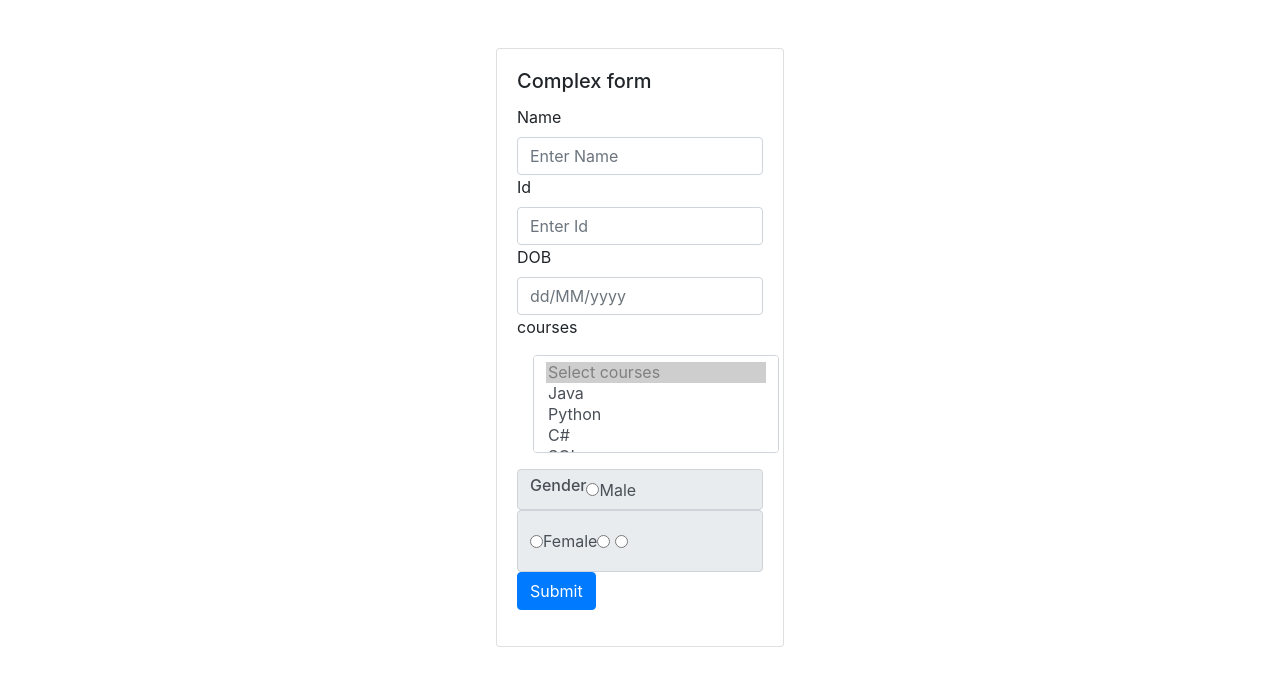
Repository: parvaizsajad/SpringFrameWork
Page: http://localhost/com.springMvc.search/complex
These files come from the project's save history. The page is drawn as it stood at one moment and after the next save; the edit follows.
The browser window is 1280 px wide. The pictures show the whole page.
Some web libraries are served in a nearby version. The page is served by Tomcat 9. Other server files are loaded and not shown.

Above is the page before, as saved 2021-09-10 11:17:42.

### com.springMvc.search/src/main/webapp/WEB-INF/spring-servlet.xml
<?xml version="1.0" encoding="UTF-8"?>


<!-- 2nd step step create the configuration file. -->

<beans xmlns="http://www.springframework.org/schema/beans"
	xmlns:xsi="http://www.w3.org/2001/XMLSchema-instance" xmlns:context="http://www.springframework.org/schema/context"
	xmlns:p="http://www.springframework.org/schema/p"
	xmlns:tx="http://www.springframework.org/schema/tx"
	xsi:schemaLocation="http://www.springframework.org/schema/beans
    http://www.springframework.org/schema/beans/spring-beans.xsd
    http://www.springframework.org/schema/context
    http://www.springframework.org/schema/context/spring-context.xsd
     http://www.springframework.org/schema/tx
    http://www.springframework.org/schema/tx/spring-tx.xsd
    ">
 <!--This is our bean or the metadata for our class  -->

 <context:component-scan base-package="com.springMvc.search"></context:component-scan>

<!--  view Resolver -->
   <bean class="org.springframework.web.servlet.view.InternalResourceViewResolver" name="viewResolver">
   <property name="prefix" value="/WEB-INF/views/"></property>
   <property name="suffix" value=".jsp"></property>
   </bean>




 </beans>

### com.springMvc.search/src/main/webapp/WEB-INF/views/complex.jsp
<%@ page language="java" contentType="text/html; charset=ISO-8859-1"
    pageEncoding="ISO-8859-1"%>
<!doctype html>
<html lang="en">
  <head>
    <!-- Required meta tags -->
    <meta charset="utf-8">
    <meta name="viewport" content="width=device-width, initial-scale=1, shrink-to-fit=no">

    <!-- Bootstrap CSS -->
    <link rel="stylesheet" href="https://maxcdn.bootstrapcdn.com/bootstrap/4.0.0/css/bootstrap.min.css" integrity="sha384-Gn5384xqQ1aoWXA+058RXPxPg6fy4IWvTNh0E263XmFcJlSAwiGgFAW/dAiS6JXm" crossorigin="anonymous">


   <div class="card mx-auto m-5" style="width: 18rem;">

  <div class="card-body">
    <h5 class="card-title">Complex form</h5>
     <form>
   <h3 class="text-center"></h3>

    <div class="form-group">
    <label for="name">Name</label>
    <input type="text" class="form-control" id="name" aria-describedby="emailHelp" name="name" placeholder="Enter Name">

     <label for="id">Id</label>
    <input type="number" class="form-control" id="id" aria-describedby="emailHelp" name="id"  placeholder="Enter Id">


      <label for="dob">DOB</label>
    <input type="text" class="form-control" id="dob" aria-describedby="emailHelp" name="dob"  placeholder="dd/MM/yyyy">

    <h7> courses</h1>
    <select class="custom-select m-3"  multiple="multiple">
  <option selected disabled="disabled">Select courses</option>
  <option value="1">Java</option>
  <option value="2">Python</option>
  <option value="3">C#</option>
  <option value="4">SQL</option>
</select>



    <div class="input-group-text">
    <h6>Gender</h6>
    <input type="radio" name="gender" value="Male" id="male1">Male
    </div>
    <div class="input-group-text">
    <input  type="radio"  name="gender" value="Female" id="male1">Female

    <input type="radio" name="fav_language" value="HTML"><br>
  <input type="radio" name="fav_language" value="CSS"><br>
    </div>




      <button type="submit" class="btn btn-primary">Submit</button>
</form>


  </div>
  </div>
</div>



    <!-- Optional JavaScript -->
    <!-- jQuery first, then Popper.js, then Bootstrap JS -->
    <script src="https://code.jquery.com/jquery-3.2.1.slim.min.js" integrity="sha384-KJ3o2DKtIkvYIK3UENzmM7KCkRr/rE9/Qpg6aAZGJwFDMVNA/GpGFF93hXpG5KkN" crossorigin="anonymous"></script>
    <script src="https://cdnjs.cloudflare.com/ajax/libs/popper.js/1.12.9/umd/popper.min.js" integrity="sha384-ApNbgh9B+Y1QKtv3Rn7W3mgPxhU9K/ScQsAP7hUibX39j7fakFPskvXusvfa0b4Q" crossorigin="anonymous"></script>
    <script src="https://maxcdn.bootstrapcdn.com/bootstrap/4.0.0/js/bootstrap.min.js" integrity="sha384-JZR6Spejh4U02d8jOt6vLEHfe/JQGiRRSQQxSfFWpi1MquVdAyjUar5+76PVCmYl" crossorigin="anonymous"></script>
  </body>
</html>

### com.springMvc.search/src/main/java/com/springMvc/search/Generilizedexceptionhandler.java
package com.springMvc.search;

import org.springframework.http.HttpStatus;
import org.springframework.stereotype.Controller;
import org.springframework.web.bind.annotation.ControllerAdvice;
import org.springframework.web.bind.annotation.ExceptionHandler;
import org.springframework.web.bind.annotation.ResponseStatus;

@ControllerAdvice
public class Generilizedexceptionhandler {
	@ResponseStatus(value = HttpStatus.INTERNAL_SERVER_ERROR)
	@ExceptionHandler({NullPointerException.class,NumberFormatException.class})
	public String errorHandler() {

		return "nullException";
	}
}

### com.springMvc.search/src/main/java/com/springMvc/search/SearchController.java
package com.springMvc.search;

import org.springframework.stereotype.Controller;
import org.springframework.web.bind.annotation.RequestMapping;
import org.springframework.web.bind.annotation.RequestParam;
import org.springframework.web.servlet.view.RedirectView;
@Controller
public class SearchController {
	@RequestMapping("/home")
	public String home() {

		System.out.println("going to home view");
		return("home");
	}
@RequestMapping("/search")
	public RedirectView search(@RequestParam("search") String sear) {
		String querry="https://www.google.com/search?q="+sear;
		RedirectView rd=new RedirectView();
		if(sear.isBlank()) {
		 rd.setUrl("home");
		 return rd;
		}


		rd.setUrl(querry);
		return rd;
	}
}

### com.springMvc.search/src/main/java/com/springMvc/search/complex.java
package com.springMvc.search;

import org.springframework.stereotype.Controller;
import org.springframework.web.bind.annotation.RequestMapping;

@Controller
public class complex {

	@RequestMapping("/complex")
	public String complexform() {

		return"/complex";
	}
}

After the next save:
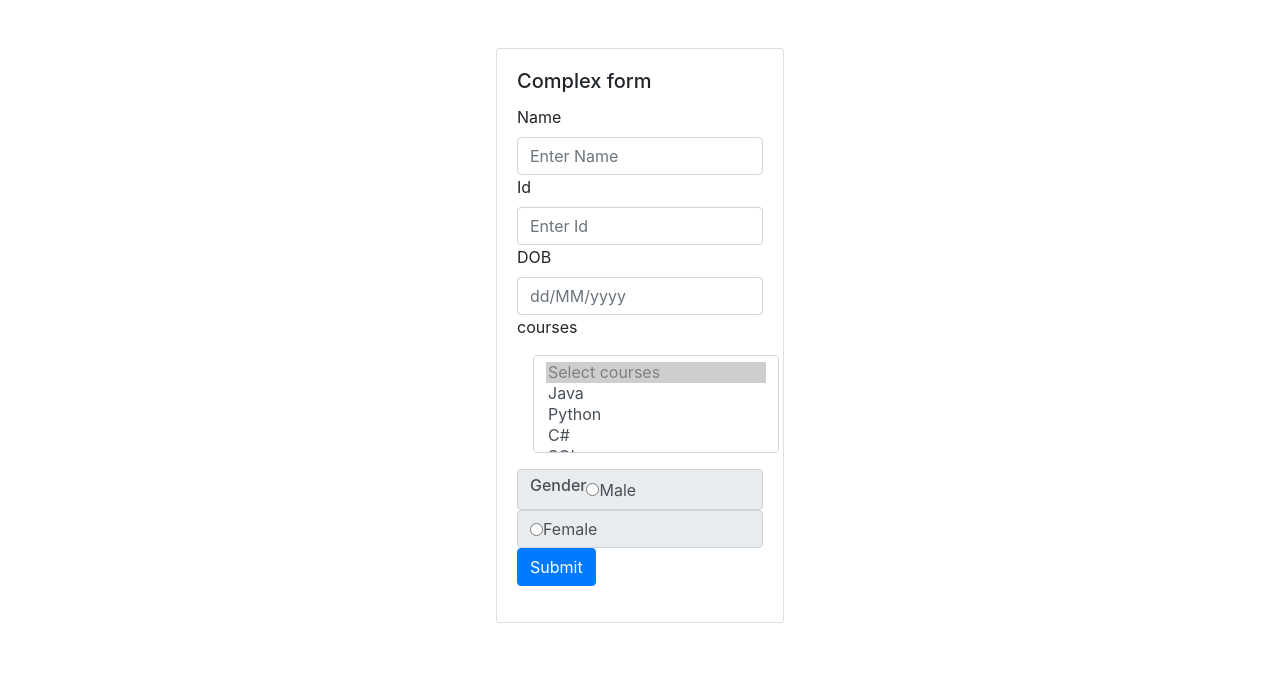
Saved 28 s later.
--- a/com.springMvc.search/src/main/webapp/WEB-INF/views/complex.jsp
+++ b/com.springMvc.search/src/main/webapp/WEB-INF/views/complex.jsp
@@ -42,13 +42,10 @@
 
     <div class="input-group-text">
     <h6>Gender</h6>
-    <input type="radio" name="gender" value="Male" id="male1">Male
+    <input class="gender" type="radio" name="gender" value="Male" id="male1">Male
     </div>
     <div class="input-group-text">
-    <input  type="radio"  name="gender" value="Female" id="male1">Female
-
-    <input type="radio" name="fav_language" value="HTML"><br>
-  <input type="radio" name="fav_language" value="CSS"><br>
+    <input class="gender" type="radio"  name="gender" value="Female" id="male1">Female
     </div>
 
 
